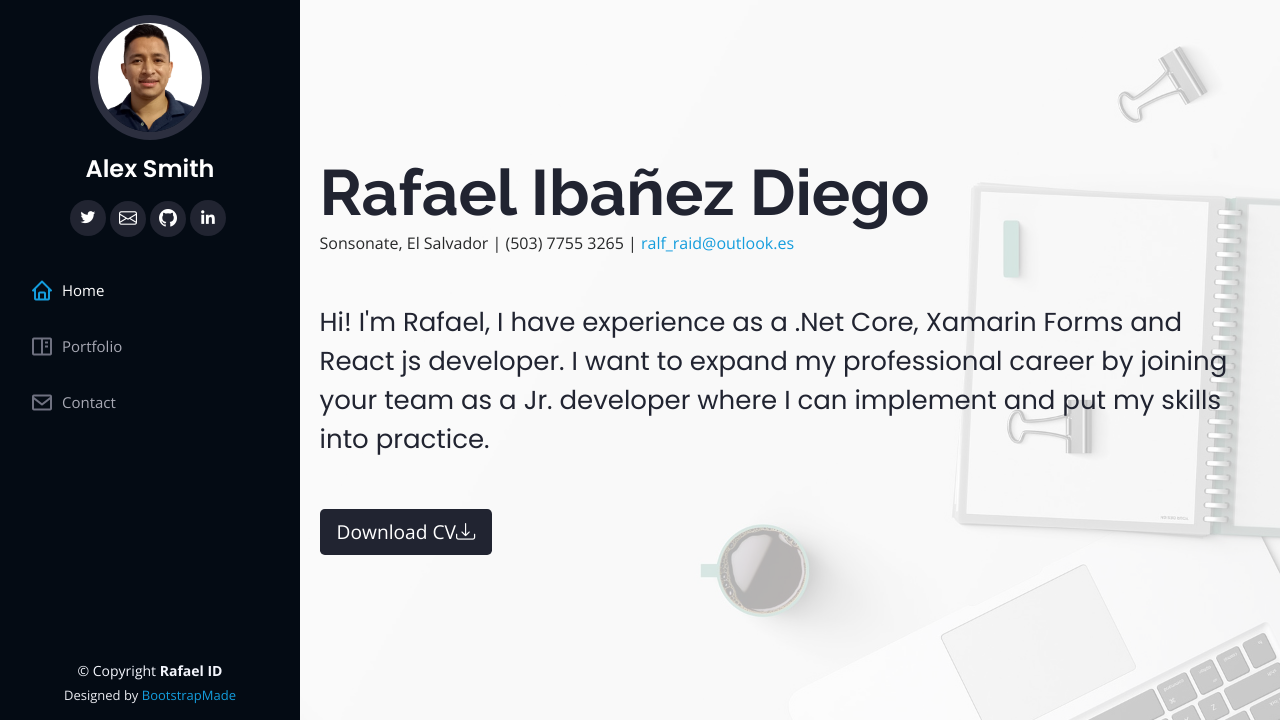
Repository: ralfId/myportfolio
Page: /
The author's editor kept a copy of each file at every save. The page is drawn from the files as they stood at one save, then again after the next save.
The browser window is 1280 px wide. The pictures show the whole page.
The project was rebuilt for these pictures with package versions that can differ from the ones it lists, and the page was loaded fresh each time. Also part of the build but not shown: src/data/projects.js, src/components/Projects/ProjectItem.js, src/components/Projects/ProjectIndex.js, src/helpers/ProjectById.js, src/components/Projects/ProjectDetail.js.

Above is the page before, as saved 2021-09-20 18:42:36.

After the next save:
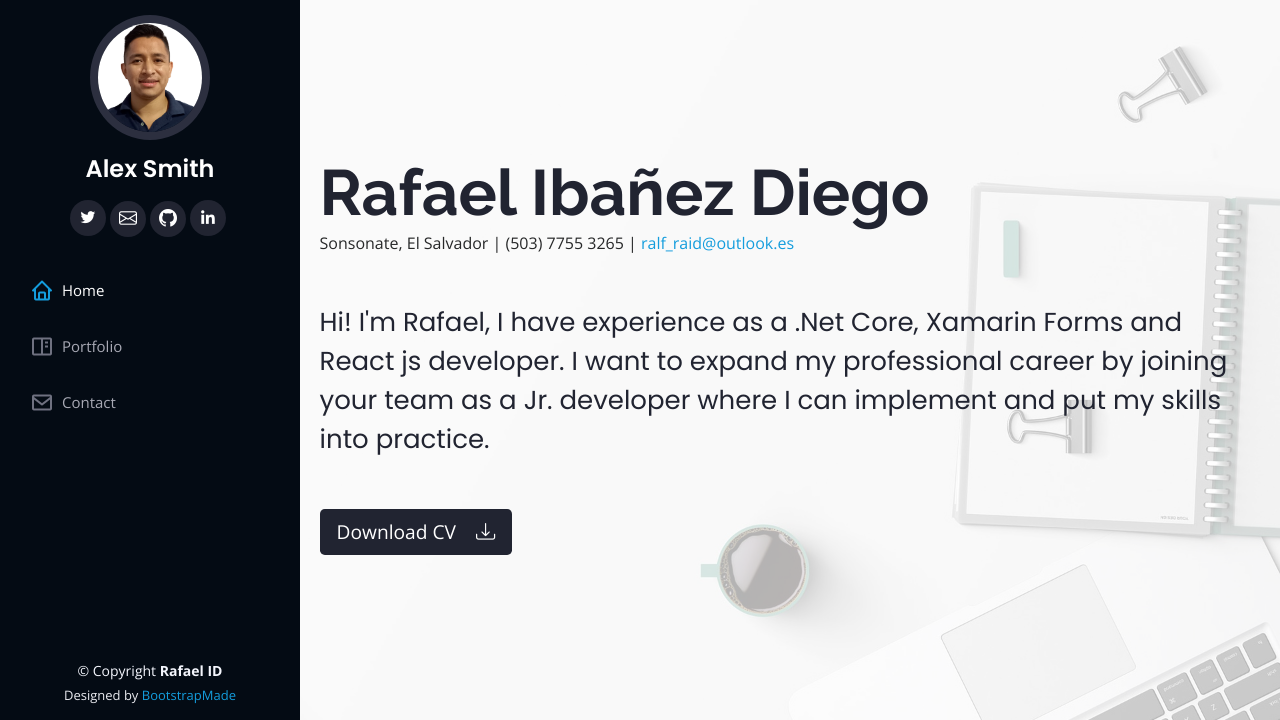
Saved 31 s later.
--- a/src/components/Home.js
+++ b/src/components/Home.js
@@ -17,7 +17,7 @@ export const Home = () => {
                     </p>
                     <button className="btn btn-lg">
                         <a href="https://drive.google.com/file/d/1vJaF_GdrEpqvxunoCtHR6NM8FIdySfaQ/view?usp=sharing"  target="_blank" rel="noreferrer">
-                            Download CV
+                            Download CV  &nbsp; &nbsp;
                             <i class="bi bi-download"></i>
                         </a>
                     </button>
